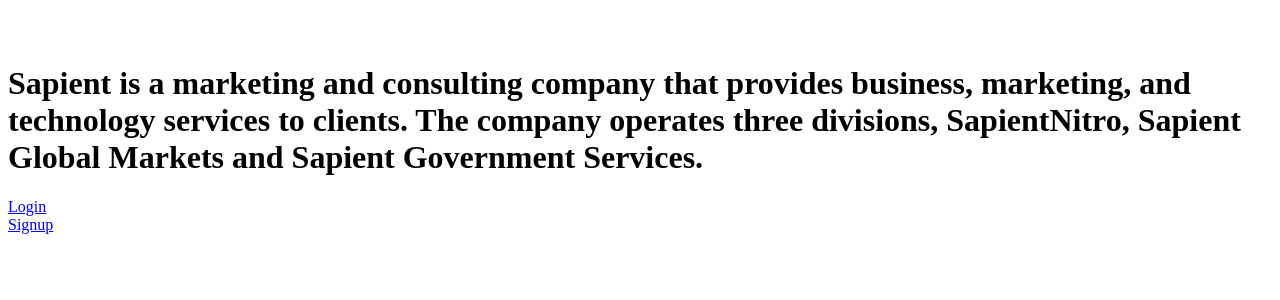
Repository: sauran/SapientTraining
Page: DemoProject/WebContent/sapient.html
The author's editor kept a copy of each file at every save. The page is drawn from the files as they stood at one save, then again after the next save.
The browser window is 1280 px wide. The pictures show the whole page.

Above is the page before, as saved 2015-09-16 04:12:03.

### DemoProject/WebContent/sapient.html
<!DOCTYPE html>
<html>
<head>
<link rel="stylesheet"  href="style.css">
<meta charset="ISO-8859-1">
<title>Welcome To Sapient</title>
</head>


<body>

<br>
<br>


<h1>  Sapient is a marketing and consulting company that provides business, marketing, and technology services to clients. The company operates three divisions, SapientNitro, Sapient Global Markets and Sapient Government Services.</h1>

<a href = "Login.html"> Login</a><br>
<a href = "Signup.html"> Signup</a>
</body>
</html>

### DemoProject/WebContent/style.css
@CHARSET "ISO-8859-1";
<style>

h1 {
color :red;
font-size:150%;

}
p{
color:#E6FFE6;
font-size :150%;

}

fieldset{
  border: 1px solid rgb(255,232,57);
  width: 400px;
  margin:auto;
}

</style>

After the next save:
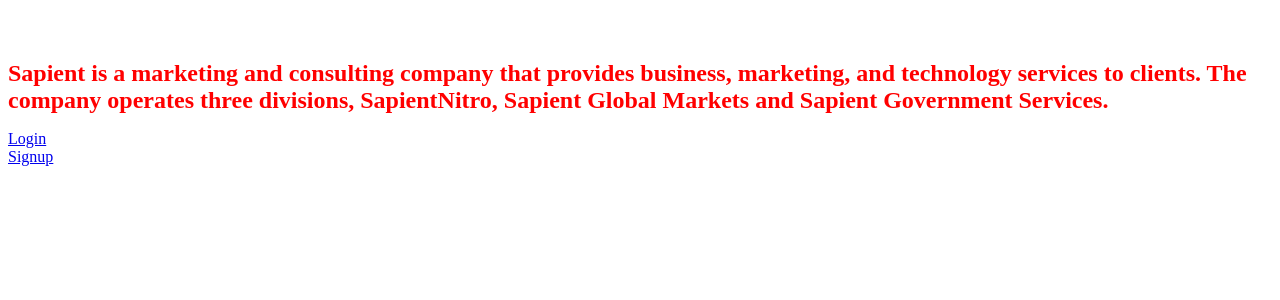
Saved 2 min 13 s later.
--- a/DemoProject/WebContent/sapient.html
+++ b/DemoProject/WebContent/sapient.html
@@ -1,13 +1,27 @@
 <!DOCTYPE html>
 <html>
 <head>
-<link rel="stylesheet"  href="style.css">
+<link rel="stylesheet" type="text/css" href="style.css">
 <meta charset="ISO-8859-1">
 <title>Welcome To Sapient</title>
 </head>
 
 
 <body>
+
+<style>
+
+h1 {
+color :red;
+font-size:150%;
+
+}
+p{
+color:#E6FFE6;
+font-size :150%;
+
+}
+</style>
 
 <br>
 <br>
